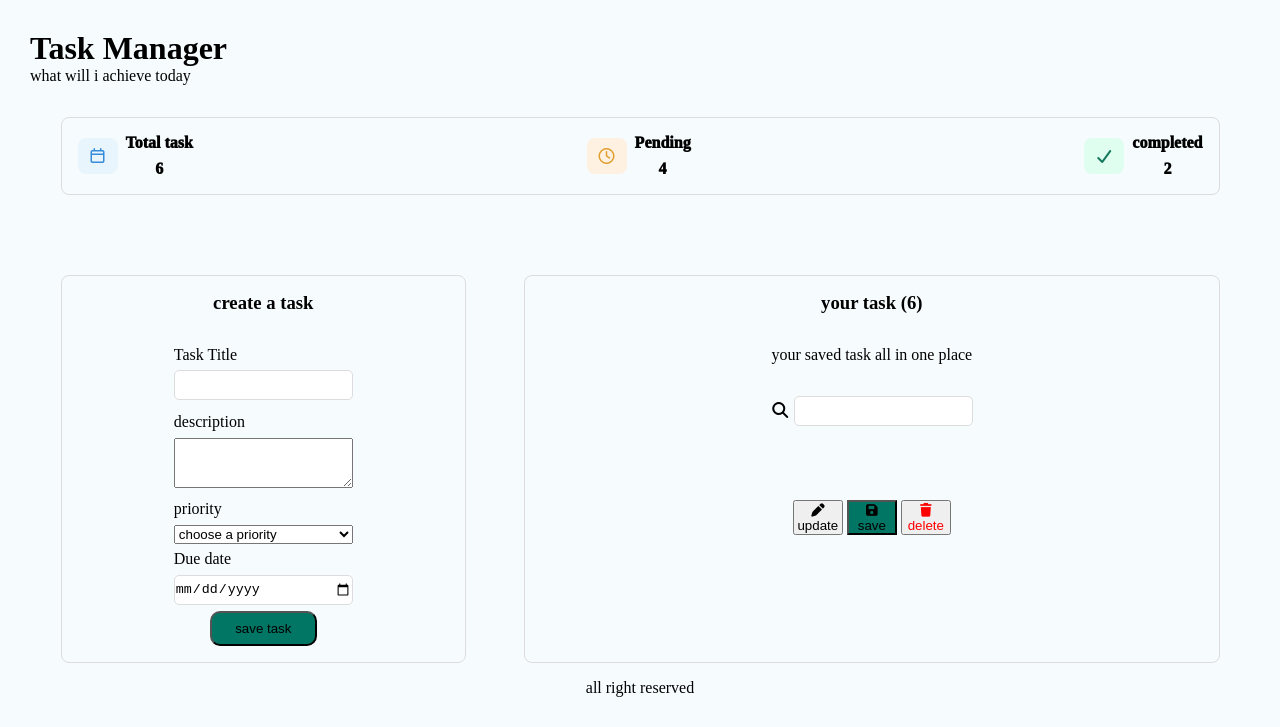
Repository: XDENTERTAINMENT/task-manager-groupwork
Page: index.html
An editor plug-in stored every save of this project. The page is shown before and after the next save, followed by the edit.
The browser window is 1280 px wide. The pictures show the whole page.

Above is the page before, as saved 2026-10-30 21:22:17.

### index.html
<!doctype html>
<html lang="en">
  <head>
    <meta charset="UTF-8" />
    <meta name="viewport" content="width=device-width, initial-scale=1.0" />
    <title>Personal-Task-Manager</title>
    <link
      rel="stylesheet"
      href="https://cdnjs.cloudflare.com/ajax/libs/font-awesome/7.3.1/css/all.min.css"
      integrity="sha512-QeR2VH+lsBE5LSAe1Q5EnTBbe7XTBubt8dG93Y7gidSgdMCr8nVqKcfKAMyN96SV8KDbZVTDXChatu5G2KQGzg=="
      crossorigin="anonymous"
      referrerpolicy="no-referrer"
    />
    <link rel="stylesheet" href="style.css" />
  </head>
 <body>
    <header>
      <h1>Task Manager</h1>
      <p>what will i achieve today</p>
    </header>
    <!-- the main -->
    <main>
      <section class="section1">
        <div>
          <div class="icon1"><i class="fa-regular fa-calendar"></i></div>
          <div class="section-1-child">
            <p>Total task</p>
            <p id="total-task">6</p>
          </div>
        </div>

        <div>
          <div class="icon2"><i class="fa-regular fa-clock"></i></div>
          <div class="section-1-child">
            <p>Pending</p>
            <p id="pending-task">4</p>
          </div>
        </div>

        <div>
          <div class="icon3"><i class="fa-solid fa-check"></i></div>
          <div class="section-1-child">
            <p>completed</p>
            <p id="completed-task">2</p>
          </div>
        </div>
      </section>

      <!-- section 2 -->
      <section class="section2">
        <!-- the create task section -->
        <div class="create-tax">
          <h3>create a task</h3>

          <form id="taskform">
            <label for="tasktitle">
              Task Title
            </label>
            <input type="text" id="taskTitle" />
            <p  class="errormsg" id="titleError"></p>

            <label for="taskdesc">
              description
            </label>
            <textarea class="textarea" id="taskDesc"></textarea>
            <p  class="errormsg"  id="descError"></p>

            <label for="priority">
              priority
            </label>
            <select id="choose">
                <option value="">choose a priority</option>
                <option value="High">High</option>
                <option value="Medium">Medium</option>
                <option value="low">low</option>
              </select>

            <label for="date">
              Due date
            </label>
            <input id="dateId" type="date"/>

            <button    type="submit"   class="form-button" >save task</button>
          </form>
        </div>

        <!-- task mapping -->

        <div class="task-mapping">
          <h3>your task (6)</h3>
          <p>your saved task all in one place</p>
          <div>
            <i class="fa-solid fa-magnifying-glass"></i>
            <input type="search" />
          </div>

          <!-- the card -->
          <div class="card">
            <!-- <input type="checkbox" /> -->
            <div id="container"  class="containers"></div>

          </div>
          <!-- the inline editing -->
          <div class="inline-button">
            <button>
              <div><i class="fa-solid fa-pen"></i></div>
              update
            </button>
            <button class="save">
              <div><i class="fa-solid fa-floppy-disk"></i></div>
              save
            </button>
            <button class="delete">
              <div class="trash"><i class="fa-solid fa-trash"></i></div>
              delete
            </button>
          </div>
        </div>
      </section>
    </main>

    <!-- the footer -->
    <footer>all right reserved</footer>

    <script src="script.js"></script>
  </body>
</html>

### style.css
* {
  margin: 0;
  padding: 0;
  box-sizing: border-box;
}

body {
  background-color: #f6fbfe;
  padding: 30px;
}

section {
  width: 95%;
}

main {
  display: flex;
  flex-direction: column;
  align-items: center;
}

.section1 {
  display: flex;
  flex-direction: row;
  justify-content: space-between;
  margin-top: 2rem;
   border: 1px solid gainsboro;
  padding: 1rem;
  border-radius: 8px;
}

.section2 {
  display: flex;
  justify-content: space-between;
  margin-top: 5rem;
}
/* .section2 div{
 background-color:#fdfdfd;
} */

input {
  border-radius: 5px;
  height: 30px;
   border: 1px solid gainsboro;
}

.textarea{
    height: 50px;
   overflow-y: auto;
  white-space: pre-wrap;
}
form {
  display: grid;
  gap: 0.4rem;
}

.form-button {
  display: flex;
  flex-direction: column;
  background-color: #017664;
  border-radius: 10px;
  width: 60%;
  justify-content: center;
  height: 35px;
  align-items: center;
  justify-self: center;
}

.save {
  background-color: #017664;
}

.inline-button {
  padding: 10px;
}
.inline-button button {
  height: 35px;
  width: 50px;
}


.task-container {
  display: grid;
}

.task-mapping {
  align-items: center;
  display: flex;
  flex-direction: column;
  gap: 2rem;
  border: 1px solid gainsboro;
  padding: 1rem;
  border-radius: 8px;
  width: 60%;
}

.create-tax {
  align-items: center;
  display: flex;
  flex-direction: column;
  gap: 2rem;
  border: 1px solid gainsboro;
  padding: 1rem;
  border-radius: 8px;
  width: 35%;
}

.section1 div {
  display: flex;
  gap: 0.5rem;
  border-radius: 8px;
  font-weight: 1000;
  align-items: center;
}



.section-1-child {
  display: flex;
  flex-direction: column;
}

.icon1 {
  background-color: #e8f5fc;
  color: #358cda;
  padding: 10px;
}

.icon2 {
  background-color: #fef1e1;
  color: #e19f2e;
  padding: 10px;
}
.icon3 {
  background-color: #dffeef;
  color: #13775b;
  padding: 10px;
}

.trash{
    color:red;
}
.delete{
    color:red;
}

.containers{
 display: grid;
 grid-template-columns: repeat(2,1fr);
 gap:10px;
  width: 20%;

}

.taskmapping{

  display: grid;
 grid-template-columns: repeat(2,1fr);
 gap:1px;
 border: 1px solid gainsboro;
 padding: 10px;
 text-align: center;


}

/* task card data */

.title{

  border: 1px solid gainsboro;
}
.description{
 border: 1px solid gainsboro;
}
.priority{
border: 1px solid gainsboro;
}
.date{
border: 1px solid gainsboro;
}


footer {
  margin-top: 1rem;
  text-align: center;
}


.errormsg{
  color:red;
}

/* mobile styling */

@media (max-width: 600px) {
   header{
      text-align: center;
   }
  .section1 div {
  display: flex;
  flex-direction:column ;
}

  .section2 {
    display: flex;
    flex-direction: column;
  }

  .create-tax {
    width: 100%;
    align-items: center;
  }

  .task-mapping {
    margin-top: 20px;
    width: 100%;
    align-items: center;
  }



}

### script.js
const taskForm = document.getElementById("taskform");
const taskTitleInput = document.getElementById("taskTitle");
const taskDescInput = document.getElementById("taskDesc");
const titleError = document.getElementById("titleError");
const descError = document.getElementById("descError");
const choose = document.getElementById("choose");
const  date  = document.getElementById("dateId");
const container = document.getElementById("container");

const handleSubmit = (e) => {
  e.preventDefault();

  const task = {
    titles: taskTitleInput.value.trim(),
    description: taskDescInput.value.trim(),
    level: choose.value,
    time:date.value,
  };

  console.log(task);

  const { titles, description } = task;

  titleError.textContent = "";
    descError.textContent = "";

  if (titles === "") {
    titleError.textContent = "input can not be empty";
  } else if (titles.length < 5) {
    titleError.textContent = "characters should not be less than 5";
  } else if (description === "") {
    descError.textContent = " input can not be empty";
  } else if (description.length < 10) {
    descError.textContent = "characters should not be less than 10";
  } else {
    saveTask(task);
  renderTask();
  }

    /*taskForm.reset()*/

};

function saveTask(task) {
  const tasks = JSON.parse(localStorage.getItem("Mytask")) || [];
  tasks.push(task);
  localStorage.setItem("Mytask", JSON.stringify(tasks));
}

function getTask() {
  return JSON.parse(localStorage.getItem("Mytask")) || [];
}

function clearData(){
  localStorage.clear(task);
}

function renderTask() {
  const render = getTask();

  const validTasks = render.filter(data => data !== null);

  container.innerHTML = validTasks.map(data => `<div class="taskmapping">
   <div>
   <p>Title</p>
    <h3 class=title>${data.titles}</h3>
    </div>
   <div>
   <p>Description</p>
    <p class="description">${data.description}</p>
   </div>
   <div>
   <p>Priority</p>
    <p  class="priority">${data.level}</p>
   </div>
   <div>
   <p>Due date</p>
    <p  class="date">${data.time}</p>
   </div>




  </div>`).join("");
  return validTasks;
}


console.log(renderTask)
taskForm.addEventListener("submit", handleSubmit);

After the next save:
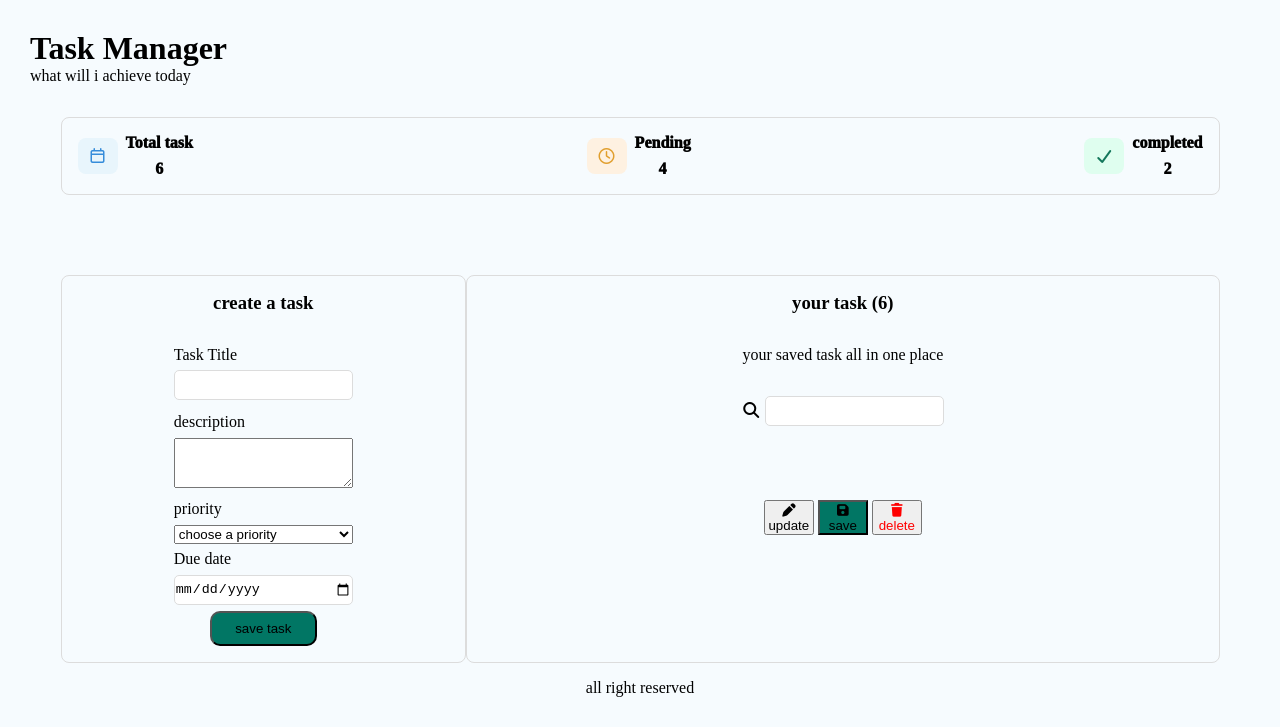
Saved 21 s later.
--- a/style.css
+++ b/style.css
@@ -91,7 +91,7 @@ form {
   border: 1px solid gainsboro;
   padding: 1rem;
   border-radius: 8px;
-  width: 60%;
+  width: 65%;
 }
 
 .create-tax {
